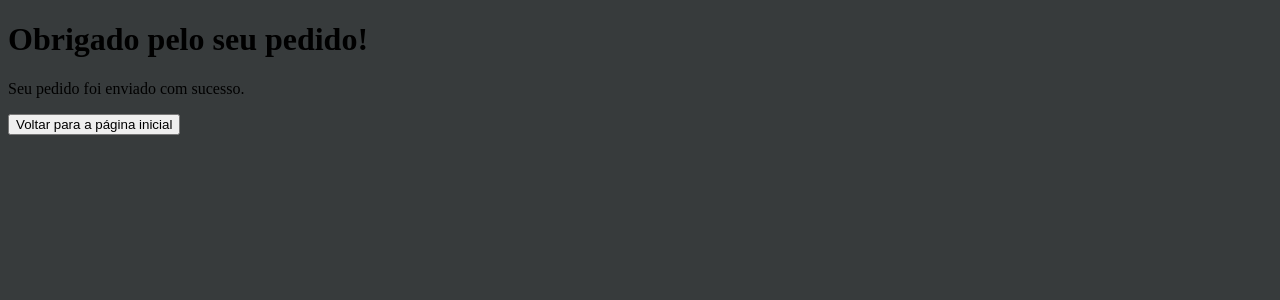
Repository: Marinalr-25/Projeto-Aparelhos-de-Academia
Page: thanks.html
These files come from the project's save history. The page is drawn as it stood at one moment and after the next save; the edit follows.
The browser window is 1280 px wide. The pictures show the whole page.

Above is the page before, as saved 2025-01-14 14:12:10.

After the next save:
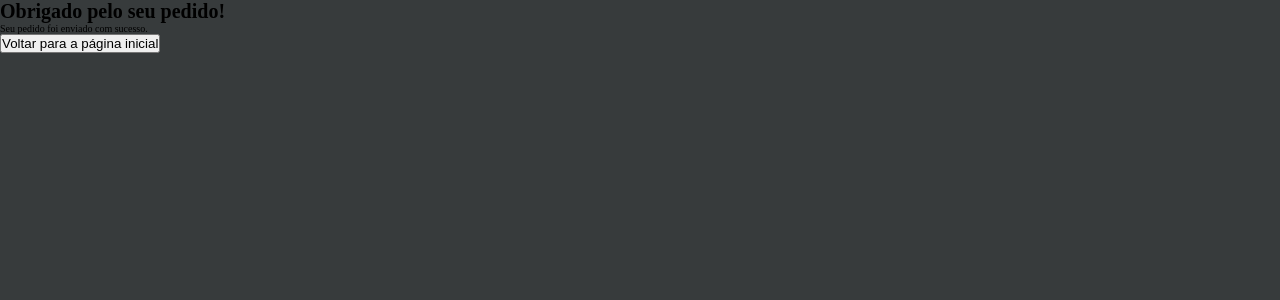
Saved 32 s later.
--- a/css/thanks.css
+++ b/css/thanks.css
@@ -1,3 +1,13 @@
+* {
+  margin: 0;
+  padding: 0;
+  box-sizing: border-box;
+}
+
+html {
+  font-size: 62.5%;
+}
+
 body {
   background-color: #373b3c;
 }
